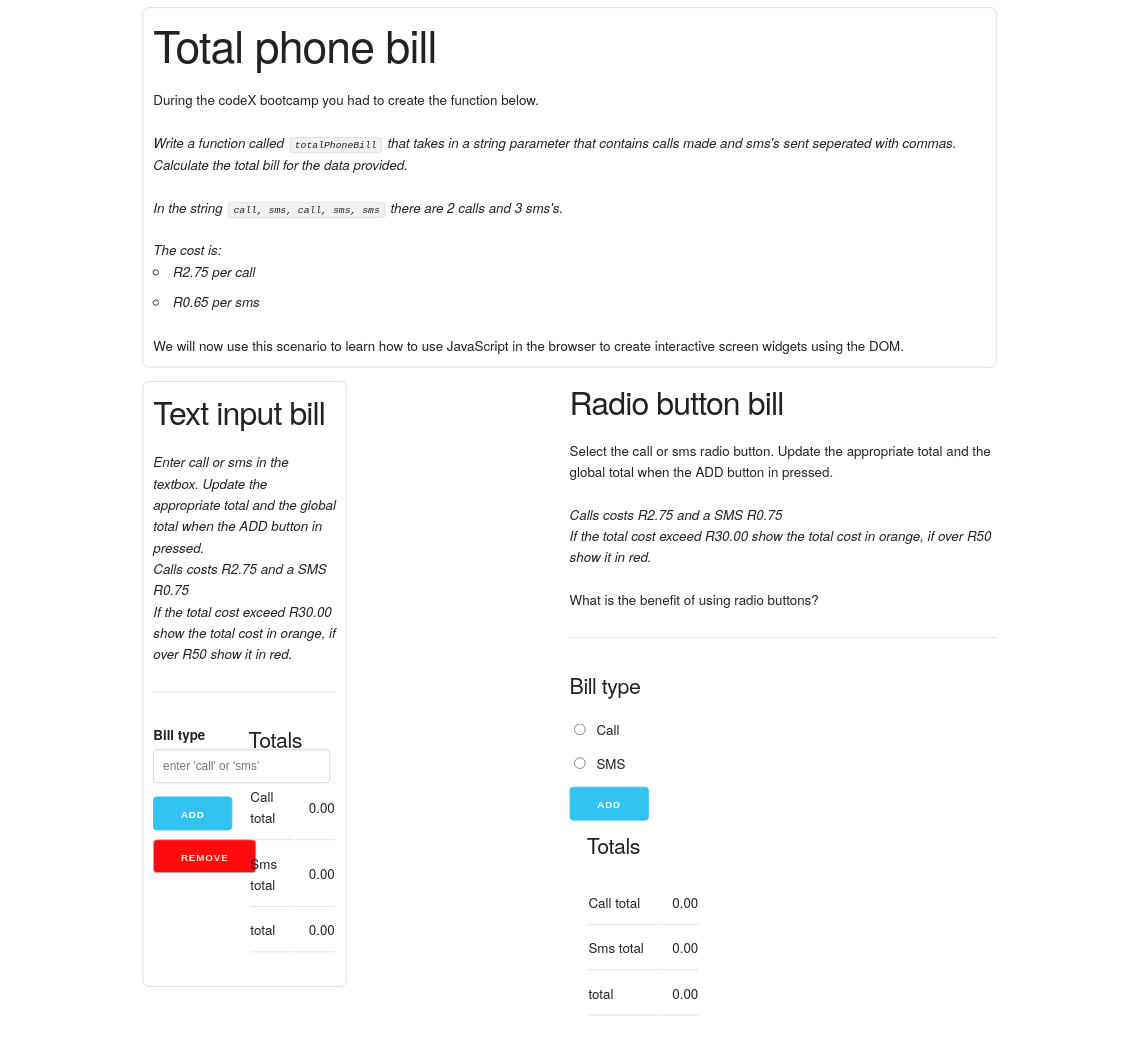
Repository: lasity34/Dom-intro-handlebars
Page: index.html
An editor plug-in stored every save of this project. The page is shown before and after the next save, followed by the edit.
The browser window is 1280 px wide. The pictures show the whole page, at 89% of full size.
Some web libraries are served in a nearby version.

Above is the page before, as saved 2023-05-09 08:40:13.

### index.html
<!DOCTYPE html>
<html>
  <head>
    <meta charset="utf-8" />
    <title></title>
    <link rel="stylesheet" href="css/skeleton.css" />
    <link rel="stylesheet" href="css/style.css" />
    <script src="https://cdnjs.cloudflare.com/ajax/libs/handlebars.js/4.0.11/handlebars.min.js"></script>
    <script type="text/x-template" id="billTemplate">
      {{#each differentCosts}}
      <tr >
      <td>{{name}} total</td>
      <td><span class=" {{this.extraClass}}" >{{total}}</span></td>
      </tr>
      {{/each}}
    </script>
  </head>
  <body>
    <div class="container">
      <div class="row">
        <div class="twelve columns box">
          <h1>Total phone bill</h1>

          <div class="">
            During the codeX bootcamp you had to create the function below.
          </div>

          <br />

          <div class="">
            <i
              >Write a function called <code>totalPhoneBill</code> that takes in
              a string parameter that contains calls made and sms's sent
              seperated with commas. Calculate the total bill for the data
              provided. <br /><br />
              In the string <code>call, sms, call, sms, sms</code> there are 2
              calls and 3 sms's.
              <br />
              <br />
              The cost is:
              <ul>
                <li>R2.75 per call</li>
                <li>R0.65 per sms</li>
              </ul>
            </i>
          </div>

          <div class="">
            We will now use this scenario to learn how to use JavaScript in the
            browser to create interactive screen widgets using the DOM.
          </div>
        </div>
      </div>
      <div class="widget_container">
      <div class="width">
        <div class="six columns box">
          <!--  text input bill -->
          <h3>Text input bill</h3>

          <div class="">
            <i
              >Enter call or sms in the textbox. Update the appropriate total
              and the global total when the ADD button in pressed.</i
            >
          </div>
          <div class="">
            <i>Calls costs R2.75 and a SMS R0.75</i>
          </div>

          <div class="">
            <i
              >If the total cost exceed R30.00 show the total cost in orange, if
              over R50 show it in red.</i
            >
          </div>
          <hr />

          <div></div>
          <div class="row">
            <div class="six columns">
              <label for="">Bill type</label>
              <input
                type="text"
                name=""
                value=""
                placeholder="enter 'call' or 'sms' "
                class="billTypeText"
              />
              <button
                class="button-primary addToBillBtn"
                type="button"
                name="button"
              >
                Add
              </button>
              <button class="resetBtn" type="button" name="button">
                Remove
              </button>
            </div>
            <div class="six columns">
              <h5>Totals</h5>
              <table class="textTotals"></table>
            </div>
          </div>
        </div>
      </div>
      <div class="width">
        <div class="">
          <h3>Radio button bill</h3>

          <div class="">
            Select the call or sms radio button. Update the appropriate total
            and the global total when the ADD button in pressed.
          </div>
          <br />
          <div class="">
            <i>Calls costs R2.75 and a SMS R0.75</i>
          </div>

          <div class="">
            <i
              >If the total cost exceed R30.00 show the total cost in orange, if
              over R50 show it in red.</i
            >
          </div>
          <br />
          <div class="">What is the benefit of using radio buttons?</div>

          <hr />

          <div class="width">
            <div class="">
              <h5>Bill type</h5>
              <label class="">
                <input
                  type="radio"
                  name="billItemType"
                  class="billItemTypeRadio"
                  value="call"
                />
                <span class="label-body">Call</span>
              </label>
              <label class="">
                <input
                  type="radio"
                  name="billItemType"
                  class="billItemTypeRadio"
                  value="sms"
                />
                <span class="label-body">SMS</span>
              </label>
              <button
                class="button-primary radioBillAddBtn"
                type="button"
                name="button"
              >
                Add
              </button>
            </div>
            <div class="six columns">
              <h5>Totals</h5>
              <table class="radioTotals"></table>
            </div>
          </div>
        </div>
      </div>
      </div>
    </div>

    <script src="./js/text-bill.js" charset="utf-8"></script>
    <script src="./js/radio-bill.js" charset="utf-8"></script>
  </body>
</html>

<!-- billTotal -->

### css/skeleton.css
/*
* Skeleton V2.0.4
* Copyright 2014, Dave Gamache
* www.getskeleton.com
* Free to use under the MIT license.
* http://www.opensource.org/licenses/mit-license.php
* 12/29/2014
*/


/* Table of contents
––––––––––––––––––––––––––––––––––––––––––––––––––
- Grid
- Base Styles
- Typography
- Links
- Buttons
- Forms
- Lists
- Code
- Tables
- Spacing
- Utilities
- Clearing
- Media Queries
*/


/* Grid
–––––––––––––––––––––––––––––––––––––––––––––––––– */
.container {
  position: relative;
  width: 100%;
  max-width: 960px;
  margin: 0 auto;
  padding: 0 20px;
  box-sizing: border-box; }
.column,
.columns {
  width: 100%;
  float: left;
  box-sizing: border-box; }

/* For devices larger than 400px */
@media (min-width: 400px) {
  .container {
    width: 85%;
    padding: 0; }
}

/* For devices larger than 550px */
@media (min-width: 550px) {
  .container {
    width: 80%; }
  .column,
  .columns {
    margin-left: 4%; }
  .column:first-child,
  .columns:first-child {
    margin-left: 0; }

  .one.column,
  .one.columns                    { width: 4.66666666667%; }
  .two.columns                    { width: 13.3333333333%; }
  .three.columns                  { width: 22%;            }
  .four.columns                   { width: 30.6666666667%; }
  .five.columns                   { width: 39.3333333333%; }
  .six.columns                    { width: 48%;            }
  .seven.columns                  { width: 56.6666666667%; }
  .eight.columns                  { width: 65.3333333333%; }
  .nine.columns                   { width: 74.0%;          }
  .ten.columns                    { width: 82.6666666667%; }
  .eleven.columns                 { width: 91.3333333333%; }
  .twelve.columns                 { width: 100%; margin-left: 0; }

  .one-third.column               { width: 30.6666666667%; }
  .two-thirds.column              { width: 65.3333333333%; }

  .one-half.column                { width: 48%; }

  /* Offsets */
  .offset-by-one.column,
  .offset-by-one.columns          { margin-left: 8.66666666667%; }
  .offset-by-two.column,
  .offset-by-two.columns          { margin-left: 17.3333333333%; }
  .offset-by-three.column,
  .offset-by-three.columns        { margin-left: 26%;            }
  .offset-by-four.column,
  .offset-by-four.columns         { margin-left: 34.6666666667%; }
  .offset-by-five.column,
  .offset-by-five.columns         { margin-left: 43.3333333333%; }
  .offset-by-six.column,
  .offset-by-six.columns          { margin-left: 52%;            }
  .offset-by-seven.column,
  .offset-by-seven.columns        { margin-left: 60.6666666667%; }
  .offset-by-eight.column,
  .offset-by-eight.columns        { margin-left: 69.3333333333%; }
  .offset-by-nine.column,
  .offset-by-nine.columns         { margin-left: 78.0%;          }
  .offset-by-ten.column,
  .offset-by-ten.columns          { margin-left: 86.6666666667%; }
  .offset-by-eleven.column,
  .offset-by-eleven.columns       { margin-left: 95.3333333333%; }

  .offset-by-one-third.column,
  .offset-by-one-third.columns    { margin-left: 34.6666666667%; }
  .offset-by-two-thirds.column,
  .offset-by-two-thirds.columns   { margin-left: 69.3333333333%; }

  .offset-by-one-half.column,
  .offset-by-one-half.columns     { margin-left: 52%; }

}


/* Base Styles
–––––––––––––––––––––––––––––––––––––––––––––––––– */
/* NOTE
html is set to 62.5% so that all the REM measurements throughout Skeleton
are based on 10px sizing. So basically 1.5rem = 15px :) */
html {
  font-size: 62.5%; }
body {
  font-size: 1.5em; /* currently ems cause chrome bug misinterpreting rems on body element */
  line-height: 1.6;
  font-weight: 400;
  font-family: "Raleway", "HelveticaNeue", "Helvetica Neue", Helvetica, Arial, sans-serif;
  color: #222; }


/* Typography
–––––––––––––––––––––––––––––––––––––––––––––––––– */
h1, h2, h3, h4, h5, h6 {
  margin-top: 0;
  margin-bottom: 2rem;
  font-weight: 300; }
h1 { font-size: 4.0rem; line-height: 1.2;  letter-spacing: -.1rem;}
h2 { font-size: 3.6rem; line-height: 1.25; letter-spacing: -.1rem; }
h3 { font-size: 3.0rem; line-height: 1.3;  letter-spacing: -.1rem; }
h4 { font-size: 2.4rem; line-height: 1.35; letter-spacing: -.08rem; }
h5 { font-size: 1.8rem; line-height: 1.5;  letter-spacing: -.05rem; }
h6 { font-size: 1.5rem; line-height: 1.6;  letter-spacing: 0; }

/* Larger than phablet */
@media (min-width: 550px) {
  h1 { font-size: 5.0rem; }
  h2 { font-size: 4.2rem; }
  h3 { font-size: 3.6rem; }
  h4 { font-size: 3.0rem; }
  h5 { font-size: 2.4rem; }
  h6 { font-size: 1.5rem; }
}

p {
  margin-top: 0; }


/* Links
–––––––––––––––––––––––––––––––––––––––––––––––––– */
a {
  color: #1EAEDB; }
a:hover {
  color: #0FA0CE; }


/* Buttons
–––––––––––––––––––––––––––––––––––––––––––––––––– */
.button,
button,
input[type="submit"],
input[type="reset"],
input[type="button"] {
  display: inline-block;
  height: 38px;
  padding: 0 30px;
  color: #555;
  text-align: center;
  font-size: 11px;
  font-weight: 600;
  line-height: 38px;
  letter-spacing: .1rem;
  text-transform: uppercase;
  text-decoration: none;
  white-space: nowrap;
  background-color: transparent;
  border-radius: 4px;
  border: 1px solid #bbb;
  cursor: pointer;
  box-sizing: border-box; }
.button:hover,
button:hover,
input[type="submit"]:hover,
input[type="reset"]:hover,
input[type="button"]:hover,
.button:focus,
button:focus,
input[type="submit"]:focus,
input[type="reset"]:focus,
input[type="button"]:focus {
  color: #333;
  border-color: #888;
  outline: 0; }
.button.button-primary,
button.button-primary,
input[type="submit"].button-primary,
input[type="reset"].button-primary,
input[type="button"].button-primary {
  color: #FFF;
  background-color: #33C3F0;
  border-color: #33C3F0; }
.button.button-primary:hover,
button.button-primary:hover,
input[type="submit"].button-primary:hover,
input[type="reset"].button-primary:hover,
input[type="button"].button-primary:hover,
.button.button-primary:focus,
button.button-primary:focus,
input[type="submit"].button-primary:focus,
input[type="reset"].button-primary:focus,
input[type="button"].button-primary:focus {
  color: #FFF;
  background-color: #1EAEDB;
  border-color: #1EAEDB; }


/* Forms
–––––––––––––––––––––––––––––––––––––––––––––––––– */
input[type="email"],
input[type="number"],
input[type="search"],
input[type="text"],
input[type="tel"],
input[type="url"],
input[type="password"],
textarea,
select {
  height: 38px;
  padding: 6px 10px; /* The 6px vertically centers text on FF, ignored by Webkit */
  background-color: #fff;
  border: 1px solid #D1D1D1;
  border-radius: 4px;
  box-shadow: none;
  box-sizing: border-box; }
/* Removes awkward default styles on some inputs for iOS */
input[type="email"],
input[type="number"],
input[type="search"],
input[type="text"],
input[type="tel"],
input[type="url"],
input[type="password"],
textarea {
  -webkit-appearance: none;
     -moz-appearance: none;
          appearance: none; }
textarea {
  min-height: 65px;
  padding-top: 6px;
  padding-bottom: 6px; }
input[type="email"]:focus,
input[type="number"]:focus,
input[type="search"]:focus,
input[type="text"]:focus,
input[type="tel"]:focus,
input[type="url"]:focus,
input[type="password"]:focus,
textarea:focus,
select:focus {
  border: 1px solid #33C3F0;
  outline: 0; }
label,
legend {
  display: block;
  margin-bottom: .5rem;
  font-weight: 600; }
fieldset {
  padding: 0;
  border-width: 0; }
input[type="checkbox"],
input[type="radio"] {
  display: inline; }
label > .label-body {
  display: inline-block;
  margin-left: .5rem;
  font-weight: normal; }


/* Lists
–––––––––––––––––––––––––––––––––––––––––––––––––– */
ul {
  list-style: circle inside; }
ol {
  list-style: decimal inside; }
ol, ul {
  padding-left: 0;
  margin-top: 0; }
ul ul,
ul ol,
ol ol,
ol ul {
  margin: 1.5rem 0 1.5rem 3rem;
  font-size: 90%; }
li {
  margin-bottom: 1rem; }


/* Code
–––––––––––––––––––––––––––––––––––––––––––––––––– */
code {
  padding: .2rem .5rem;
  margin: 0 .2rem;
  font-size: 90%;
  white-space: nowrap;
  background: #F1F1F1;
  border: 1px solid #E1E1E1;
  border-radius: 4px; }
pre > code {
  display: block;
  padding: 1rem 1.5rem;
  white-space: pre; }


/* Tables
–––––––––––––––––––––––––––––––––––––––––––––––––– */
th,
td {
  padding: 12px 15px;
  text-align: left;
  border-bottom: 1px solid #E1E1E1; }
th:first-child,
td:first-child {
  padding-left: 0; }
th:last-child,
td:last-child {
  padding-right: 0; }


/* Spacing
–––––––––––––––––––––––––––––––––––––––––––––––––– */
button,
.button {
  margin-bottom: 1rem; }
input,
textarea,
select,
fieldset {
  margin-bottom: 1.5rem; }
pre,
blockquote,
dl,
figure,
table,
p,
ul,
ol,
form {
  margin-bottom: 2.5rem; }


/* Utilities
–––––––––––––––––––––––––––––––––––––––––––––––––– */
.u-full-width {
  width: 100%;
  box-sizing: border-box; }
.u-max-full-width {
  max-width: 100%;
  box-sizing: border-box; }
.u-pull-right {
  float: right; }
.u-pull-left {
  float: left; }


/* Misc
–––––––––––––––––––––––––––––––––––––––––––––––––– */
hr {
  margin-top: 3rem;
  margin-bottom: 3.5rem;
  border-width: 0;
  border-top: 1px solid #E1E1E1; }


/* Clearing
–––––––––––––––––––––––––––––––––––––––––––––––––– */

/* Self Clearing Goodness */
.container:after,
.row:after,
.u-cf {
  content: "";
  display: table;
  clear: both; }


/* Media Queries
–––––––––––––––––––––––––––––––––––––––––––––––––– */
/*
Note: The best way to structure the use of media queries is to create the queries
near the relevant code. For example, if you wanted to change the styles for buttons
on small devices, paste the mobile query code up in the buttons section and style it
there.
*/


/* Larger than mobile */
@media (min-width: 400px) {}

/* Larger than phablet (also point when grid becomes active) */
@media (min-width: 550px) {}

/* Larger than tablet */
@media (min-width: 750px) {}

/* Larger than desktop */
@media (min-width: 1000px) {}

/* Larger than Desktop HD */
@media (min-width: 1200px) {}

### css/style.css
.box {
  padding: 0.75em;
  border-radius : 0.5em;
  border : 1px solid #ddd;
  height: auto;
  margin-bottom: 1em;
}


.warning {
  color: orange;
  font-weight: bold;
}

.danger {
  color: crimson;
  font-weight: bold;
}

.total {
  font-weight: bold;
  font-size: 2em;
}

.resetBtn {
  background-color: rgb(255, 11, 11);
  color: antiquewhite;
}

.widget_container {
  display: flex;
}

.row {
  width: 100%;
}

### js/text-bill.js
// get a reference to the textbox where the bill type is to be entered

//get a reference to the add button

//create a variable that will keep track of the total bill

//add an event listener for when the add button is pressed

//in the event listener check if the value in the bill type textbox is 'sms' or 'call'
// * add the appropriate value to the running total
// * add nothing for invalid values that is not 'call' or 'sms'.
// * display the latest total on the screen\index.html

const billTypeText = document.querySelector(".billTypeText");
const textTotalAddBtn = document.querySelector(".addToBillBtn");
const textTotalRemoveBtn = document.querySelector(".resetBtn");
const totalElem = document.querySelector(".total");
const textCostDataElem = document.querySelector(".textTotals");


let callsTotal = 0.0;
let smsTotal = 0.0;
let totaltext = 0.0;

function textBillTotal() {
  const billTypeEntered = billTypeText.value.trim();

  if (billTypeEntered === "call") {
    callsTotal += 2.75;
  } else if (billTypeEntered === "sms") {
    smsTotal += 0.75;
  }

  totaltext = callsTotal + smsTotal;
  updateTextTemplate();

}
function removeTotal() {
  callsTotal = 0;
  smsTotal = 0;
  totaltext = 0
  updateTextTemplate();
}

function updateTextTemplate() {
  const templateSource = document.querySelector("#billTemplate").innerHTML;
  const textTemplate = Handlebars.compile(templateSource);

  const costData = {
    differentCosts: [
      { name: "Call", total: callsTotal.toFixed(2), extraClass : "" },
      {
        name: "Sms",
        total: smsTotal.toFixed(2),
        extraClass : ""
      },
      {
        name: "",
        total: totaltext.toFixed(2),
        extraClass : totaltext > 50 ? "danger" : totaltext > 30 ? "warning" : ""
      },
    ],

  };

  const userDataHTML = textTemplate(costData);

  textCostDataElem.innerHTML = userDataHTML;
}

document.addEventListener("DOMContentLoaded", function () {
  updateTextTemplate();
});

textTotalAddBtn.addEventListener("click", textBillTotal);
textTotalRemoveBtn.addEventListener("click", removeTotal);

### js/radio-bill.js
// get a reference to the sms or call radio buttons

//get a reference to the add button

//create a variable that will keep track of the total bill

//add an event listener for when the add button is pressed

//in the event listener get the value from the billItemTypeRadio radio buttons
// * add the appropriate value to the running total
// * add nothing for invalid values that is not 'call' or 'sms'.
// * display the latest total on the screen

const radioBillAddBtnElement = document.querySelector(".radioBillAddBtn");

// "input[name='billItemType']:checked"
const callTotalTwoElement = document.querySelector(".callTotalTwo");
const smsTotalTwoElement = document.querySelector(".smsTotalTwo");
const totalTwoElement = document.querySelector(".totalTwo");

let smsTotalRadio = 0;
let callTotalRadio = 0;
let radioTotal = 0;
function calculateRadioBtn() {
  const checkedRadioBtnElement = document.querySelector(
    "input[name='billItemType']:checked"
  );

  if (checkedRadioBtnElement) {
    const billItemType = checkedRadioBtnElement.value;

    if (billItemType === "call") {
      callTotalRadio += 2.75;
    } else if (billItemType === "sms") {
      smsTotalRadio += 0.75;
    }
  }

  radioTotal = callTotalRadio + smsTotalRadio;

  updateRadioTemplate();

  const radioItem = document.querySelectorAll(".radioItem");


}

function updateRadioTemplate(type) {
  const templateSource = document.querySelector("#billTemplate").innerHTML;
  const userTemplate = Handlebars.compile(templateSource);
  const radioCostDataElem = document.querySelector(".radioTotals");
  const costData = {
    differentCosts: [
      { name: "Call", total: callTotalRadio.toFixed(2), extraClass : "" },
      {
        name: "Sms",
        total: smsTotalRadio.toFixed(2),
        extraClass : ""
      },
      {
        name: "",
        total: radioTotal.toFixed(2),
        extraClass : radioTotal > 50 ? "danger" : radioTotal > 30 ? "warning" : ''
      },
    ],

  };

  const userDataHTML = userTemplate(costData);
  radioCostDataElem.innerHTML = userDataHTML;
}

document.addEventListener("DOMContentLoaded", function () {
  updateRadioTemplate("radio");
});

radioBillAddBtnElement.addEventListener("click", calculateRadioBtn);

After the next save:
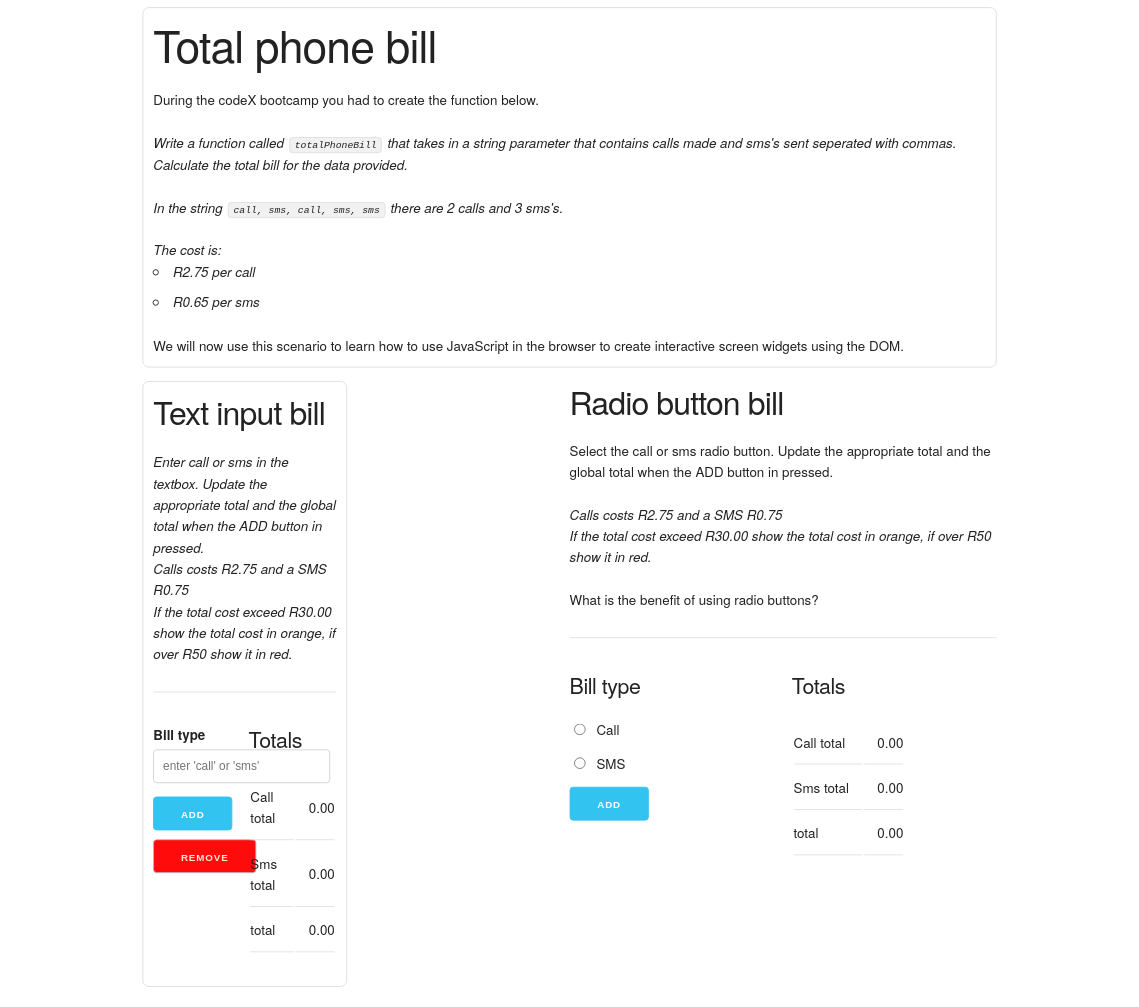
Saved 14 s later.
--- a/index.html
+++ b/index.html
@@ -128,8 +128,8 @@
 
           <hr />
 
-          <div class="width">
-            <div class="">
+          <div class="row">
+            <div class="six columns">
               <h5>Bill type</h5>
               <label class="">
                 <input
